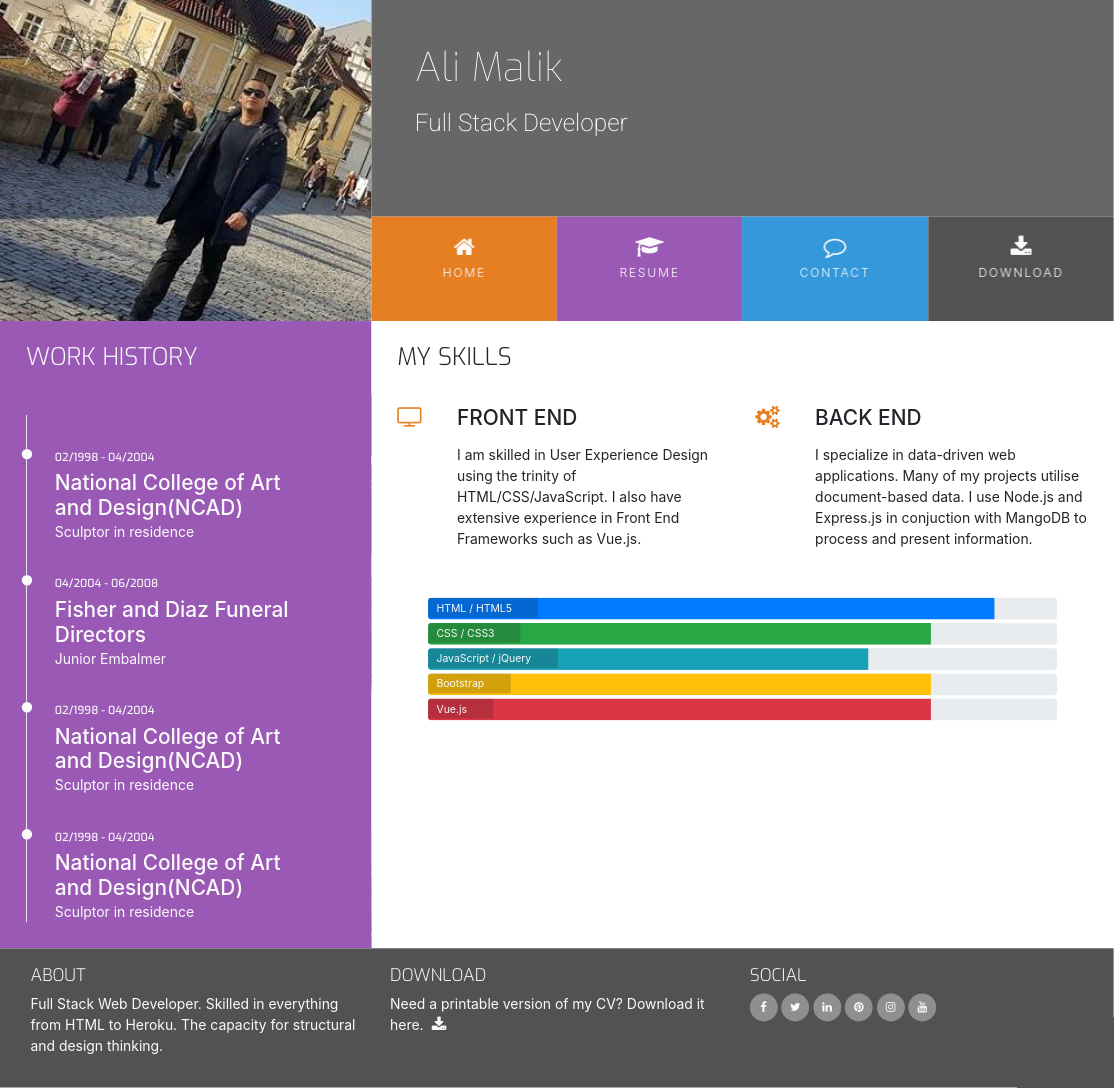
Repository: anmalik82/Padding-Top
Page: resume.html
The author's editor kept a record of every edit. The page is drawn from the files as they stood at one moment, then again after the next edit.
The browser window is 1280 px wide. The pictures show the whole page, at 87% of full size.
Some web libraries are served in a nearby version.

Above is the page before.

After the next edit:
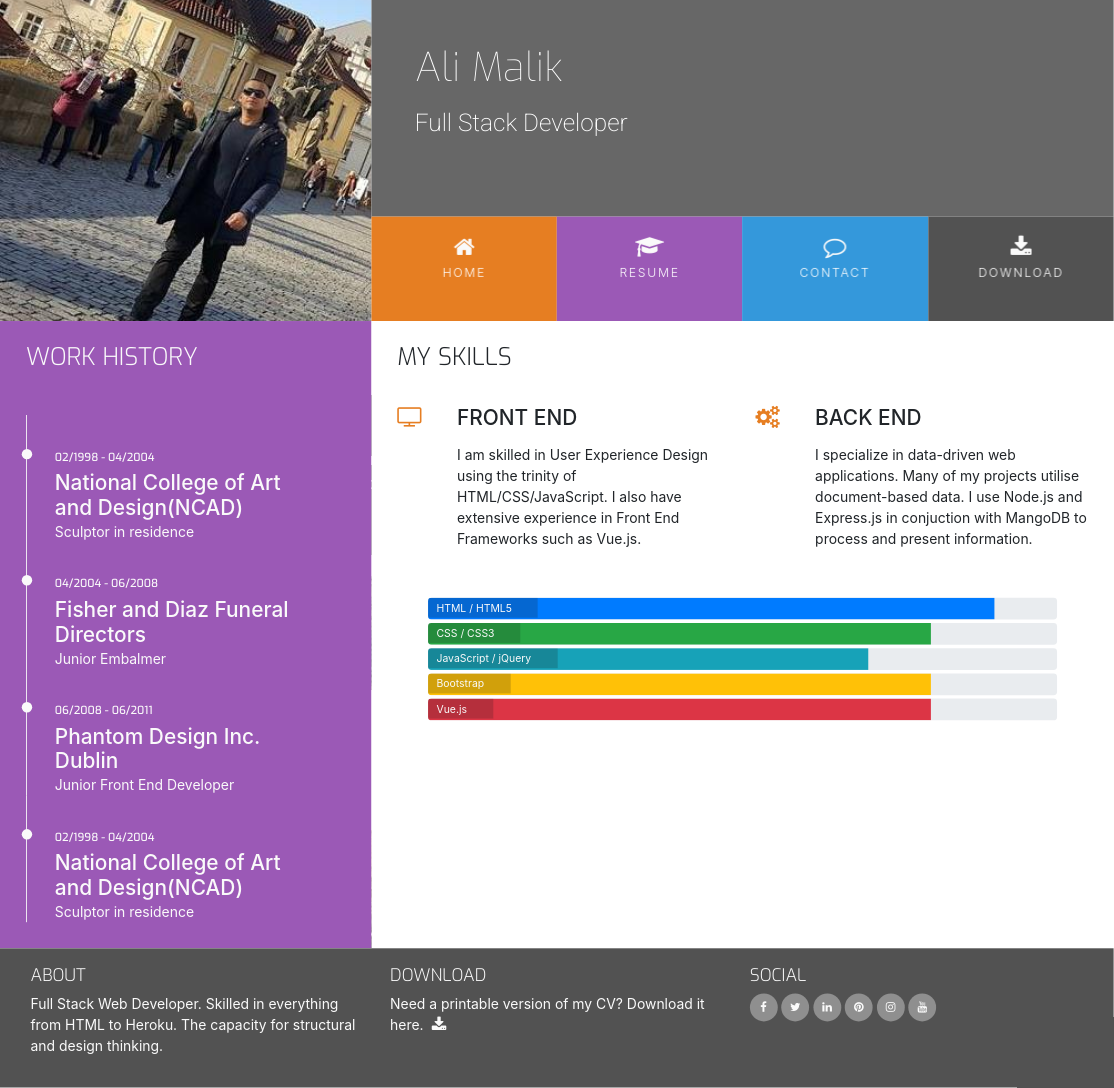
The edit:
--- a/resume.html
+++ b/resume.html
@@ -66,9 +66,9 @@
                     <h4>Fisher and Diaz Funeral Directors</h4>
                     <p>Junior Embalmer</p>
                 </div>
-                <div class="timeline-item" data-dates="02/1998 - 04/2004">
-                    <h4>National College of Art and Design(NCAD)</h4>
-                    <p>Sculptor in residence</p>
+                <div class="timeline-item" data-dates="06/2008 - 06/2011">
+                    <h4>Phantom Design Inc. Dublin</h4>
+                    <p>Junior Front End Developer</p>
                 </div>
                 <div class="timeline-item" data-dates="02/1998 - 04/2004">
                     <h4>National College of Art and Design(NCAD)</h4>
